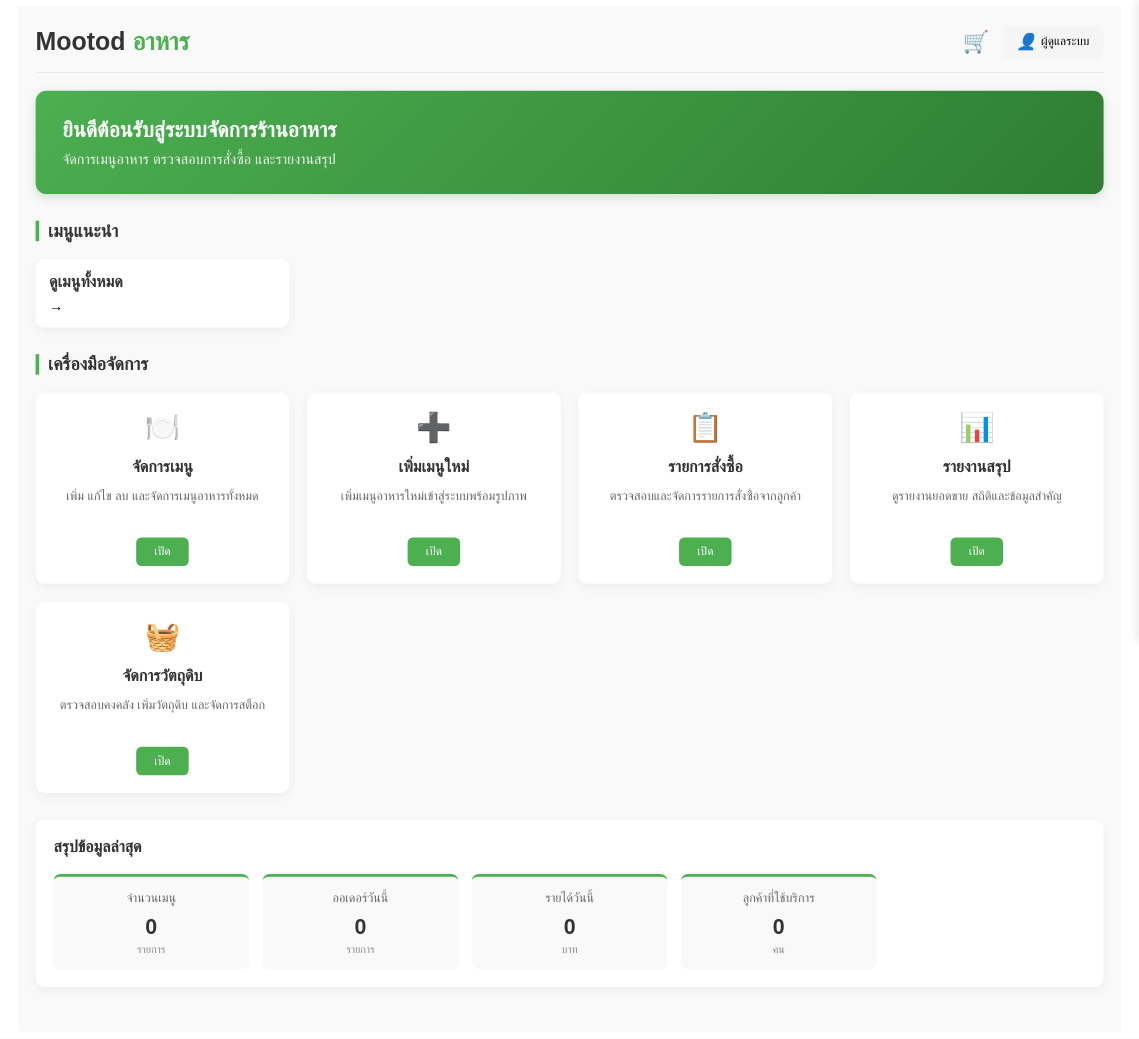
Repository: KwaunchaiJankaikot/mootod
Page: / (app in frontend/)
An editor plug-in stored every save of this project. The page is shown before and after the next save, followed by the edit.
The browser window is 1280 px wide. The pictures show the whole page, at 89% of full size.
The page's requests for data from a server got no answer. The project was rebuilt for these pictures with package versions that can differ from the ones it lists, and the page was loaded fresh each time. No one was signed in, and anything a server would have sent is missing. Also part of the build but not shown: frontend/vue.config.js, frontend/src/components/CheckoutPage.vue, frontend/src/components/AddMenu.vue, frontend/src/components/MenuList.vue, frontend/src/components/EditMenu.vue, frontend/src/components/InventoryPage.vue.

Above is the page before, as saved 2025-04-23 02:11:33.

### frontend/public/index.html
<!DOCTYPE html>
<html lang="">
  <head>
    <meta charset="utf-8">
    <meta http-equiv="X-UA-Compatible" content="IE=edge">
    <meta name="viewport" content="width=device-width,initial-scale=1.0">
    <link rel="icon" href="<%= BASE_URL %>favicon.ico">
    <title><%= htmlWebpackPlugin.options.title %></title>
    <link href="https://fonts.googleapis.com/icon?family=Material+Icons" rel="stylesheet">
    <link rel="stylesheet" href="https://fonts.googleapis.com/css2?family=Material+Symbols+Outlined:opsz,wght,FILL,GRAD@24,400,0,0" />
  </head>
  <body>
    <noscript>
      <strong>We're sorry but <%= htmlWebpackPlugin.options.title %> doesn't work properly without JavaScript enabled. Please enable it to continue.</strong>
    </noscript>
    <div id="app"></div>
    <!-- built files will be auto injected -->
  </body>
</html>

### frontend/src/main.js
import { createApp } from 'vue';
import App from './App.vue';
import router from './router';

const app = createApp(App);
app.use(router);  // ติดตั้ง Vue Router
app.mount('#app');

### frontend/src/App.vue
<template>
  <div id="app">
    <router-view></router-view>
  </div>
</template>

<script>
export default {
  name: 'App',
};
</script>

### frontend/src/router/index.js
import { createRouter, createWebHistory } from 'vue-router';
import HomePage from '../components/HomePage.vue';
import AddMenu from '../components/AddMenu.vue';
import MenuList from '../components/MenuList.vue';
import EditMenu from '../components/EditMenu.vue';
import InventoryPage from '../components/InventoryPage.vue';

const routes = [
  {
    path: '/',
    name: 'Home',
    component: HomePage
  },
  {
    path: '/add-menu',
    name: 'Menu',
    component: AddMenu
  },
  {
    path: '/menu-list',
    name: 'MenuList',
    component: MenuList
  },
  {
    path: '/edit-menu/:id',
    name: 'edit-menu',
    component: EditMenu,
    props: true,
  },

  {
    path: '/inventorypage',
    name: 'inventorypage',
    component: InventoryPage,
  },
];

const router = createRouter({
  history: createWebHistory(process.env.BASE_URL),
  routes
});

export default router;

### frontend/src/components/HomePage.vue
<template>
  <div class="home-container">
    <header class="header">
      <div class="logo">
        <img src="@/assets/logo.png" alt="Mootod Logo" v-if="false" />
        <h1>Mootod <span>อาหาร</span></h1>
      </div>
      <div class="right-menu">
        <div class="cart-icon" @click="toggleCart">
          <span>🛒</span>
          <span class="cart-badge" v-if="cartItems.length > 0">{{
            cartItems.length
          }}</span>
        </div>
        <button class="user-btn">
          <i class="user-icon">👤</i>
          <span>ผู้ดูแลระบบ</span>
        </button>
      </div>
    </header>

    <!-- ตะกร้าสินค้า -->
    <CartSidebar
      :cartItems="cartItems"
      :isCartOpen="isCartOpen"
      @close-cart="toggleCart"
      @remove-item="removeFromCart"
      @increase-quantity="increaseQuantity"
      @decrease-quantity="decreaseQuantity"
      @go-to-checkout="goToCheckout"
    />

    <!-- หน้าชำระเงิน -->
    <CheckoutPage
      v-if="isCheckoutModalOpen"
      :cartItems="cartItems"
      @close-checkout="closeCheckoutModal"
      @payment-success="handlePaymentSuccess"
    />

    <div class="welcome-banner">
      <div class="banner-content">
        <h2>ยินดีต้อนรับสู่ระบบจัดการร้านอาหาร</h2>
        <p>จัดการเมนูอาหาร ตรวจสอบการสั่งซื้อ และรายงานสรุป</p>
      </div>
    </div>

    <!-- แสดงรายการเมนู -->
    <h3 class="section-title">เมนูแนะนำ</h3>
    <div class="menu-cards">
      <div v-for="menu in menus" :key="menu.id" class="menu-card">
        <div class="card-image-container">
          <img :src="menu.image_url" alt="เมนูอาหาร" class="card-image" />
        </div>
        <div class="card-content">
          <h3>{{ menu.name }}</h3>
          <p>{{ menu.description }}</p>
          <div class="card-footer">
            <span class="price">{{ menu.price }} บาท</span>
            <button class="card-btn" @click="addToCart(menu)">สั่งอาหาร</button>
          </div>
        </div>
      </div>
      <div class="menu-card view-all-card" @click="viewAllMenus">
        <div class="card-content view-all-content">
          <div class="view-all-text">
            <h3>ดูเมนูทั้งหมด</h3>
            <i class="arrow-right-icon">→</i>
          </div>
        </div>
      </div>
    </div>

    <!-- ส่วนอื่นๆ ของหน้าจัดการ -->
    <h3 class="section-title">เครื่องมือจัดการ</h3>
    <div class="admin-cards">
      <div class="card" @click="goTo('menu')">
        <div class="card-icon">🍽️</div>
        <h3>จัดการเมนู</h3>
        <p>เพิ่ม แก้ไข ลบ และจัดการเมนูอาหารทั้งหมด</p>
        <button class="card-btn">เปิด</button>
      </div>

      <div class="card" @click="goTo('add-menu')">
        <div class="card-icon">➕</div>
        <h3>เพิ่มเมนูใหม่</h3>
        <p>เพิ่มเมนูอาหารใหม่เข้าสู่ระบบพร้อมรูปภาพ</p>
        <button class="card-btn">เปิด</button>
      </div>

      <div class="card" @click="goTo('orders')">
        <div class="card-icon">📋</div>
        <h3>รายการสั่งซื้อ</h3>
        <p>ตรวจสอบและจัดการรายการสั่งซื้อจากลูกค้า</p>
        <button class="card-btn">เปิด</button>
      </div>

      <div class="card" @click="goTo('reports')">
        <div class="card-icon">📊</div>
        <h3>รายงานสรุป</h3>
        <p>ดูรายงานยอดขาย สถิติและข้อมูลสำคัญ</p>
        <button class="card-btn">เปิด</button>
      </div>

      <div class="card" @click="goTo('inventorypage')">
        <div class="card-icon">🧺</div>
        <h3>จัดการวัตถุดิบ</h3>
        <p>ตรวจสอบคงคลัง เพิ่มวัตถุดิบ และจัดการสต็อก</p>
        <button class="card-btn">เปิด</button>
      </div>
    </div>

    <div class="quick-stats">
      <h3>สรุปข้อมูลล่าสุด</h3>
      <div class="stats-grid">
        <div class="stat-card">
          <h4>จำนวนเมนู</h4>
          <div class="stat-value">{{ totalMenus || menus.length }}</div>
          <div class="stat-label">รายการ</div>
        </div>

        <div class="stat-card">
          <h4>ออเดอร์วันนี้</h4>
          <div class="stat-value">0</div>
          <div class="stat-label">รายการ</div>
        </div>

        <div class="stat-card">
          <h4>รายได้วันนี้</h4>
          <div class="stat-value">0</div>
          <div class="stat-label">บาท</div>
        </div>

        <div class="stat-card">
          <h4>ลูกค้าที่ใช้บริการ</h4>
          <div class="stat-value">0</div>
          <div class="stat-label">คน</div>
        </div>
      </div>
    </div>
  </div>
</template>

<script>
import axios from "axios";
import CartSidebar from "@/components/CartSidebar.vue";
import CheckoutPage from "@/components/CheckoutPage.vue";

export default {
  name: "HomePage",
  components: {
    CartSidebar,
    CheckoutPage,
  },
  data() {
    return {
      menus: [],
      totalMenus: 0,
      cartItems: [],
      isCartOpen: false,
      isCheckoutModalOpen: false,
    };
  },
  mounted() {
    this.fetchMenus();
    // โหลดข้อมูลตะกร้าจาก localStorage (ถ้ามี)
    const savedCart = localStorage.getItem("cart");
    if (savedCart) {
      this.cartItems = JSON.parse(savedCart);
    }
  },
  methods: {
    goTo(route) {
      switch (route) {
        case "menu":
          this.$router.push("/menu-list");
          break;
        case "add-menu":
          this.$router.push("/add-menu");
          break;
        case "orders":
          this.$router.push("/orders");
          break;
        case "reports":
          this.$router.push("/reports");
          break;
        case "inventorypage":
          this.$router.push("/inventorypage");
          break;
        default:
          this.$router.push("/");
      }
    },
    fetchMenus() {
      axios
        .get("http://localhost:5000/menus") // เปลี่ยนเป็น URL ของ API ที่คุณใช้
        .then((response) => {
          this.menus = response.data; // บันทึกข้อมูลเมนูใน state
          this.totalMenus = this.menus.length;
        })
        .catch((error) => {
          console.error("เกิดข้อผิดพลาดในการดึงข้อมูลเมนู:", error);
          this.totalMenus = this.menus.length;
        });
    },
    // ฟังก์ชันเกี่ยวกับตะกร้าสินค้า
    addToCart(menu) {
      // ตรวจสอบว่ามีรายการนี้ในตะกร้าหรือไม่
      const existingItem = this.cartItems.find((item) => item.id === menu.id);

      if (existingItem) {
        // ถ้ามีอยู่แล้ว เพิ่มจำนวน
        existingItem.quantity += 1;
      } else {
        // ถ้ายังไม่มี เพิ่มรายการใหม่พร้อมจำนวน = 1
        this.cartItems.push({
          ...menu,
          quantity: 1,
        });
      }

      // บันทึกลง localStorage
      this.saveCart();

      // เปิดตะกร้าสินค้า
      this.isCartOpen = true;
    },
    toggleCart() {
      this.isCartOpen = !this.isCartOpen;
    },
    removeFromCart(index) {
      this.cartItems.splice(index, 1);
      this.saveCart();
    },
    increaseQuantity(index) {
      this.cartItems[index].quantity += 1;
      this.saveCart();
    },
    decreaseQuantity(index) {
      if (this.cartItems[index].quantity > 1) {
        this.cartItems[index].quantity -= 1;
      } else {
        // ถ้าเหลือแค่ 1 ชิ้น แล้วกดลด ให้ลบรายการออกจากตะกร้า
        this.removeFromCart(index);
      }
      this.saveCart();
    },
    saveCart() {
      localStorage.setItem("cart", JSON.stringify(this.cartItems));
    },
    // ฟังก์ชันเกี่ยวกับการชำระเงิน
    goToCheckout() {
      this.isCheckoutModalOpen = true;
      this.isCartOpen = false; // ปิดตะกร้าเมื่อไปที่หน้าชำระเงิน
    },
    closeCheckoutModal() {
      this.isCheckoutModalOpen = false;
    },
    handlePaymentSuccess() {
      // ล้างตะกร้า
      this.cartItems = [];
      this.saveCart();
      // ปิดหน้าชำระเงิน (จะถูกจัดการโดย CheckoutPage component แล้ว)
    },
  },

};
</script>

<style scoped>
.home-container {
  max-width: 1200px;
  margin: 0 auto;
  padding: 20px;
  font-family: "Prompt", "Kanit", sans-serif;
  background-color: #f9f9f9;
  position: relative;
}

/* Header */
.header {
  display: flex;
  justify-content: space-between;
  align-items: center;
  margin-bottom: 20px;
  padding-bottom: 15px;
  border-bottom: 1px solid #eaeaea;
}

.logo {
  display: flex;
  align-items: center;
}

.logo h1 {
  font-size: 28px;
  font-weight: 700;
  color: #333;
  margin: 0;
}

.logo span {
  color: #4caf50;
}

.logo img {
  height: 40px;
  margin-right: 10px;
}

.right-menu {
  display: flex;
  align-items: center;
  gap: 15px;
}

.cart-icon {
  position: relative;
  cursor: pointer;
  font-size: 24px;
}

.cart-badge {
  position: absolute;
  top: -8px;
  right: -8px;
  background-color: #f44336;
  color: white;
  border-radius: 50%;
  width: 18px;
  height: 18px;
  font-size: 12px;
  display: flex;
  align-items: center;
  justify-content: center;
}

.user-btn {
  display: flex;
  align-items: center;
  background: #f5f5f5;
  border: none;
  border-radius: 8px;
  padding: 8px 16px;
  cursor: pointer;
  transition: background-color 0.2s;
}

.user-btn:hover {
  background: #eaeaea;
}

.user-icon {
  margin-right: 5px;
  font-size: 18px;
}

/* Welcome Banner */
.welcome-banner {
  background: linear-gradient(135deg, #4caf50 0%, #2e7d32 100%);
  border-radius: 12px;
  padding: 30px;
  margin-bottom: 30px;
  color: white;
  box-shadow: 0 4px 12px rgba(46, 125, 50, 0.2);
}

.banner-content h2 {
  font-size: 24px;
  margin: 0 0 10px 0;
  font-weight: 600;
}

.banner-content p {
  font-size: 16px;
  margin: 0;
  opacity: 0.9;
}

/* Section Titles */
.section-title {
  font-size: 20px;
  font-weight: 600;
  color: #333;
  margin-top: 30px;
  margin-bottom: 20px;
  border-left: 4px solid #4caf50;
  padding-left: 10px;
}

/* Menu Cards - แสดงเมนูอาหาร */
.menu-cards {
  display: grid;
  grid-template-columns: repeat(auto-fill, minmax(280px, 1fr));
  gap: 20px;
  margin-bottom: 30px;
}

.menu-card {
  background: white;
  border-radius: 10px;
  overflow: hidden;
  box-shadow: 0 4px 12px rgba(0, 0, 0, 0.05);
  transition: transform 0.3s ease, box-shadow 0.3s ease;
  cursor: pointer;
}

.menu-card:hover {
  transform: translateY(-5px);
  box-shadow: 0 8px 20px rgba(0, 0, 0, 0.1);
}

.card-image-container {
  width: 100%;
  height: 180px;
  overflow: hidden;
}

.card-image {
  width: 100%;
  height: 100%;
  object-fit: cover;
  transition: transform 0.3s ease;
}

.menu-card:hover .card-image {
  transform: scale(1.05);
}

.card-content {
  padding: 15px;
}

.card-content h3 {
  font-size: 18px;
  margin: 0 0 8px 0;
  color: #333;
}

.card-content p {
  font-size: 14px;
  color: #666;
  margin: 0 0 15px 0;
  height: 40px;
  overflow: hidden;
  display: -webkit-box;
  -webkit-line-clamp: 2;
  -webkit-box-orient: vertical;
}

.card-footer {
  display: flex;
  justify-content: space-between;
  align-items: center;
}

.price {
  font-weight: 600;
  color: #4caf50;
}

/* Admin Cards - การ์ดจัดการระบบ */
.admin-cards {
  display: grid;
  grid-template-columns: repeat(auto-fill, minmax(250px, 1fr));
  gap: 20px;
  margin-bottom: 30px;
}

.card {
  background: white;
  border-radius: 10px;
  padding: 20px;
  box-shadow: 0 4px 12px rgba(0, 0, 0, 0.05);
  text-align: center;
  transition: transform 0.3s ease, box-shadow 0.3s ease;
  cursor: pointer;
}

.card:hover {
  transform: translateY(-5px);
  box-shadow: 0 8px 20px rgba(0, 0, 0, 0.1);
}

.card-icon {
  font-size: 32px;
  margin-bottom: 15px;
}

.card h3 {
  font-size: 18px;
  margin: 0 0 10px 0;
  color: #333;
}

.card p {
  color: #666;
  font-size: 14px;
  margin-bottom: 15px;
  height: 40px;
  overflow: hidden;
  display: -webkit-box;
  -webkit-line-clamp: 2;
  -webkit-box-orient: vertical;
}

.card-btn {
  background-color: #4caf50;
  color: white;
  border: none;
  padding: 8px 20px;
  border-radius: 6px;
  cursor: pointer;
  font-weight: 500;
  transition: background-color 0.2s;
}

.card-btn:hover {
  background-color: #45a049;
}

/* Quick Stats */
.quick-stats {
  background: white;
  border-radius: 10px;
  padding: 20px;
  box-shadow: 0 4px 12px rgba(0, 0, 0, 0.05);
  margin-bottom: 30px;
}

.quick-stats h3 {
  margin-top: 0;
  margin-bottom: 20px;
  color: #333;
  font-size: 18px;
  font-weight: 600;
}

.stats-grid {
  display: grid;
  grid-template-columns: repeat(auto-fill, minmax(200px, 1fr));
  gap: 15px;
}

.stat-card {
  background: #f9f9f9;
  padding: 15px;
  border-radius: 8px;
  text-align: center;
  border-top: 3px solid #4caf50;
}

.stat-card h4 {
  font-size: 14px;
  font-weight: 500;
  color: #666;
  margin: 0 0 10px 0;
}

.stat-value {
  font-size: 24px;
  font-weight: 600;
  color: #333;
  margin-bottom: 5px;
}

.stat-label {
  font-size: 12px;
  color: #888;
}
.view-btn {
  background-color: #f8f9fa;
  color: #333;
  border: 1px solid #ddd;
  padding: 8px 12px;
  border-radius: 4px;
  cursor: pointer;
  transition: all 0.3s ease;
}

.view-btn:hover {
  background-color: #e9ecef;
}

/* Responsive */
@media (max-width: 768px) {
  .menu-cards,
  .admin-cards {
    grid-template-columns: repeat(auto-fill, minmax(220px, 1fr));
  }

  .welcome-banner {
    padding: 25px;
  }

  .banner-content h2 {
    font-size: 22px;
  }
}

@media (max-width: 480px) {
  .home-container {
    padding: 15px;
  }

  .header {
    flex-direction: column;
    align-items: flex-start;
  }

  .right-menu {
    margin-top: 15px;
    width: 100%;
    justify-content: space-between;
  }

  .menu-cards,
  .admin-cards {
    grid-template-columns: 1fr;
  }

  .welcome-banner {
    padding: 20px;
  }

  .stats-grid {
    grid-template-columns: 1fr 1fr;
  }

  .card-image-container {
    height: 160px;
  }
}
</style>

### frontend/src/components/CartSidebar.vue
<template>
  <div class="cart-sidebar" :class="{ 'cart-active': isCartOpen }">
    <div class="cart-header">
      <h3>ตะกร้าสินค้า</h3>
      <button class="close-btn" @click="closeCart">✕</button>
    </div>

    <div v-if="cartItems.length === 0" class="empty-cart">
      <span>🛒</span>
      <p>ไม่มีรายการในตะกร้า</p>
    </div>

    <div v-else class="cart-items">
      <div v-for="(item, index) in cartItems" :key="index" class="cart-item">
        <div class="cart-item-img">
          <img :src="item.image_url" alt="เมนูอาหาร" />
        </div>
        <div class="cart-item-info">
          <h4>{{ item.name }}</h4>
          <div class="item-price">{{ item.price }} บาท</div>
        </div>
        <div class="cart-item-actions">
          <button class="qty-btn" @click="decreaseQuantity(index)">-</button>
          <span class="item-qty">{{ item.quantity }}</span>
          <button class="qty-btn" @click="increaseQuantity(index)">+</button>
          <button class="remove-btn" @click="removeFromCart(index)">
            ลบ
          </button>
        </div>
      </div>
    </div>

    <div class="cart-summary" v-if="cartItems.length > 0">
      <div class="summary-row">
        <span>ยอดรวม:</span>
        <span class="summary-price">{{ calculateTotal() }} บาท</span>
      </div>
      <button class="checkout-btn" @click="goToCheckout">ไปชำระเงิน</button>
    </div>
  </div>
</template>

<script>
export default {
  name: "CartSidebar",
  props: {
    cartItems: {
      type: Array,
      required: true
    },
    isCartOpen: {
      type: Boolean,
      default: false
    }
  },
  methods: {
    closeCart() {
      this.$emit('close-cart');
    },
    removeFromCart(index) {
      this.$emit('remove-item', index);
    },
    increaseQuantity(index) {
      this.$emit('increase-quantity', index);
    },
    decreaseQuantity(index) {
      this.$emit('decrease-quantity', index);
    },
    calculateTotal() {
      return this.cartItems.reduce((total, item) => {
        return total + (item.price * item.quantity);
      }, 0);
    },
    goToCheckout() {
      this.$emit('go-to-checkout');
    }
  }
};
</script>

<style scoped>
/* Cart Sidebar */
.cart-sidebar {
  position: fixed;
  top: 0;
  right: -350px;
  width: 350px;
  height: 100vh;
  background-color: white;
  box-shadow: -2px 0 10px rgba(0, 0, 0, 0.1);
  z-index: 1000;
  transition: right 0.3s ease;
  display: flex;
  flex-direction: column;
}

.cart-active {
  right: 0;
}

.cart-header {
  display: flex;
  justify-content: space-between;
  align-items: center;
  padding: 15px 20px;
  border-bottom: 1px solid #eaeaea;
}

.cart-header h3 {
  margin: 0;
  font-size: 18px;
}

.close-btn {
  background: none;
  border: none;
  font-size: 18px;
  cursor: pointer;
  color: #777;
}

.empty-cart {
  display: flex;
  flex-direction: column;
  align-items: center;
  justify-content: center;
  padding: 50px 20px;
  color: #777;
}

.empty-cart span {
  font-size: 48px;
  margin-bottom: 15px;
  opacity: 0.5;
}

.cart-items {
  flex: 1;
  overflow-y: auto;
  padding: 15px;
}

.cart-item {
  display: flex;
  padding: 10px 0;
  border-bottom: 1px solid #eaeaea;
  margin-bottom: 10px;
}

.cart-item-img {
  width: 60px;
  height: 60px;
  overflow: hidden;
  border-radius: 6px;
  margin-right: 10px;
}

.cart-item-img img {
  width: 100%;
  height: 100%;
  object-fit: cover;
}

.cart-item-info {
  flex: 1;
}

.cart-item-info h4 {
  margin: 0 0 5px 0;
  font-size: 16px;
}

.item-price {
  color: #4caf50;
  font-weight: 500;
}

.cart-item-actions {
  display: flex;
  align-items: center;
  gap: 5px;
}

.qty-btn {
  width: 24px;
  height: 24px;
  border: 1px solid #ddd;
  background: white;
  border-radius: 4px;
  display: flex;
  align-items: center;
  justify-content: center;
  cursor: pointer;
}

.item-qty {
  width: 20px;
  text-align: center;
}

.remove-btn {
  background: #f44336;
  color: white;
  border: none;
  border-radius: 4px;
  padding: 3px 8px;
  font-size: 12px;
  cursor: pointer;
  margin-left: 5px;
}

.cart-summary {
  padding: 15px;
  border-top: 1px solid #eaeaea;
  background-color: #f9f9f9;
}

.summary-row {
  display: flex;
  justify-content: space-between;
  margin-bottom: 15px;
  font-weight: 500;
}

.summary-price {
  color: #4caf50;
  font-size: 18px;
  font-weight: 600;
}

.checkout-btn {
  width: 100%;
  padding: 12px;
  background-color: #4caf50;
  color: white;
  border: none;
  border-radius: 6px;
  font-weight: 500;
  cursor: pointer;
  transition: background-color 0.2s;
}

.checkout-btn:hover {
  background-color: #45a049;
}

@media (max-width: 768px) {
  .cart-sidebar {
    width: 300px;
  }
}

@media (max-width: 480px) {
  .cart-sidebar {
    width: 85%;
  }
}
</style>

After the next save:
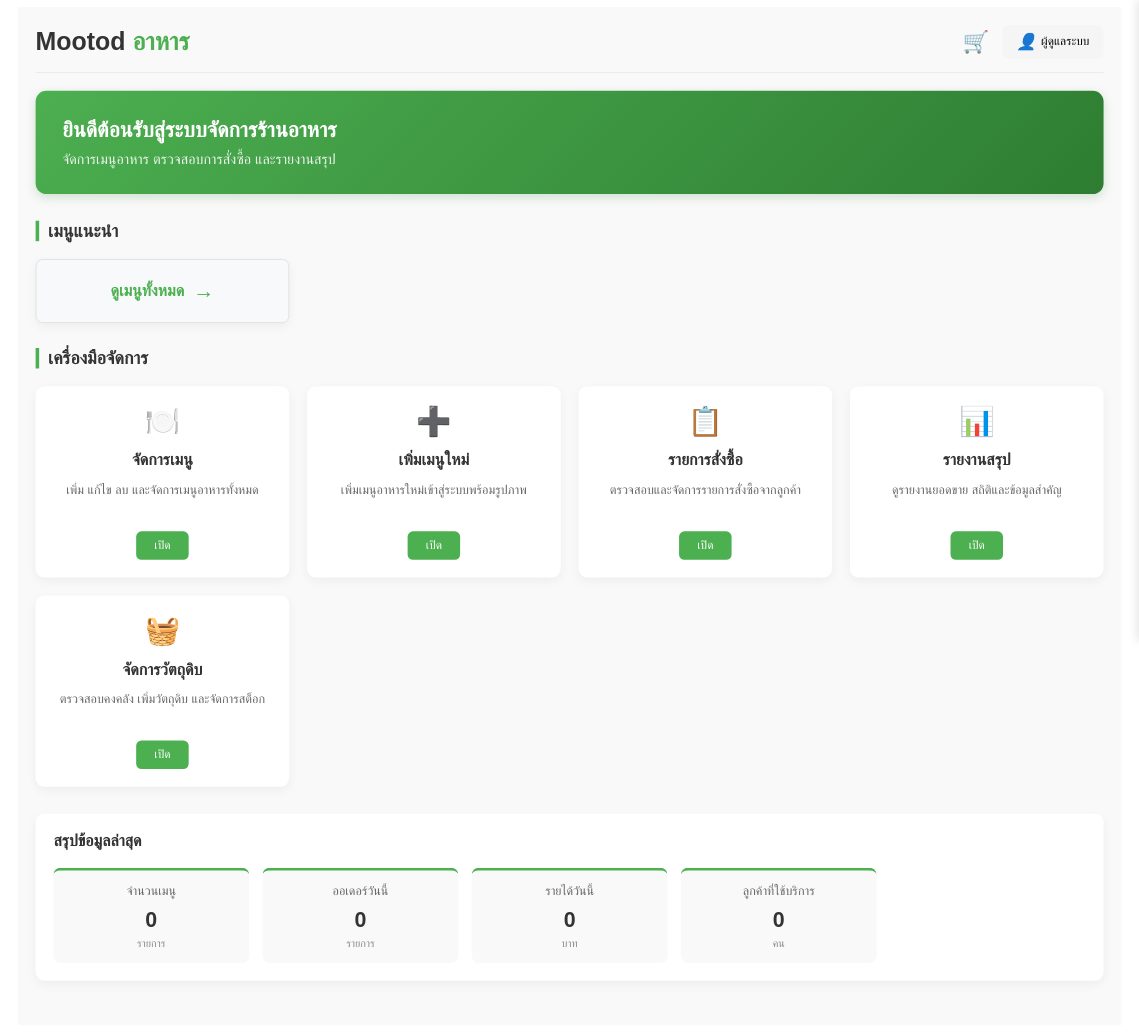
Saved 14 s later.
--- a/frontend/src/components/HomePage.vue
+++ b/frontend/src/components/HomePage.vue
@@ -568,20 +568,50 @@ export default {
   font-size: 12px;
   color: #888;
 }
-.view-btn {
+.menu-card.view-all-card {
   background-color: #f8f9fa;
-  color: #333;
-  border: 1px solid #ddd;
-  padding: 8px 12px;
-  border-radius: 4px;
+  border: 1px solid #e0e0e0;
+  border-radius: 8px;
+  height: 100%;
+  display: flex;
+  justify-content: center;
+  align-items: center;
   cursor: pointer;
   transition: all 0.3s ease;
 }
 
-.view-btn:hover {
+.menu-card.view-all-card:hover {
   background-color: #e9ecef;
-}
-
+  transform: translateY(-5px);
+  box-shadow: 0 6px 12px rgba(0, 0, 0, 0.1);
+}
+
+.view-all-content {
+  display: flex;
+  justify-content: center;
+  align-items: center;
+  height: 100%;
+  width: 100%;
+  padding: 20px;
+}
+
+.view-all-text {
+  display: flex;
+  align-items: center;
+  justify-content: center;
+  gap: 10px;
+}
+
+.view-all-text h3 {
+  margin: 0;
+  color: #4caf50;
+  font-size: 18px;
+}
+
+.arrow-right-icon {
+  font-size: 24px;
+  color: #4caf50;
+}
 /* Responsive */
 @media (max-width: 768px) {
   .menu-cards,
